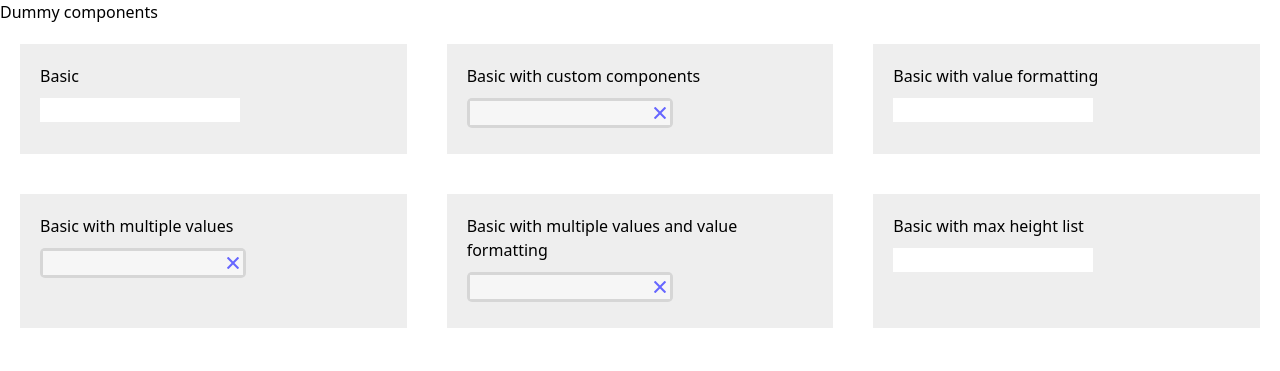
Repository: Frexity/frx-react
Page: / (app in ui/react-select/)
An editor plug-in stored every save of this project. The page is shown before and after the next save, followed by the edit.
The browser window is 1280 px wide. The pictures show the whole page.
Some web libraries are served in a nearby version. The project was rebuilt for these pictures with package versions that can differ from the ones it lists, and the page was loaded fresh each time. Also part of the build but not shown: ui/react-select/vite.config.ts, ui/react-select/src/CustomSelectComponents/ListLoadingIndicator.tsx, ui/react-select/src/dummy-components/ControlLoadingIndicator.tsx, ui/react-select/src/dummy-components/ListLoadingIndicator.tsx.

Above is the page before, as saved 2022-08-21 01:28:33.

After the next save:
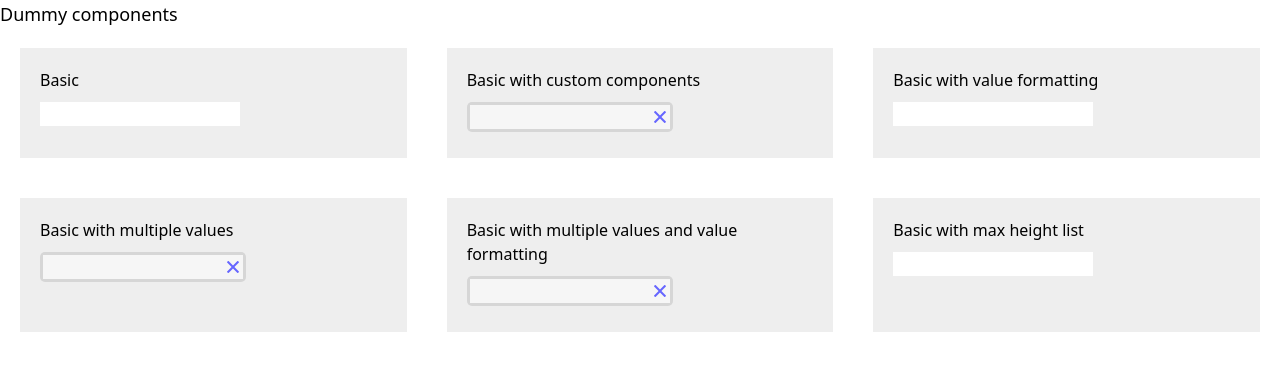
Saved 18 s later.
--- a/ui/react-select/src/App.tsx
+++ b/ui/react-select/src/App.tsx
@@ -33,7 +33,7 @@
 export default function App() {
   return (
     <>
-      <h2 className="text-size-2">Dummy components</h2>
+      <h2 className="text-lg">Dummy components</h2>
       <div className="cards">
         <div className="card">
           <h3>Basic</h3>

After the 5 saves that followed:
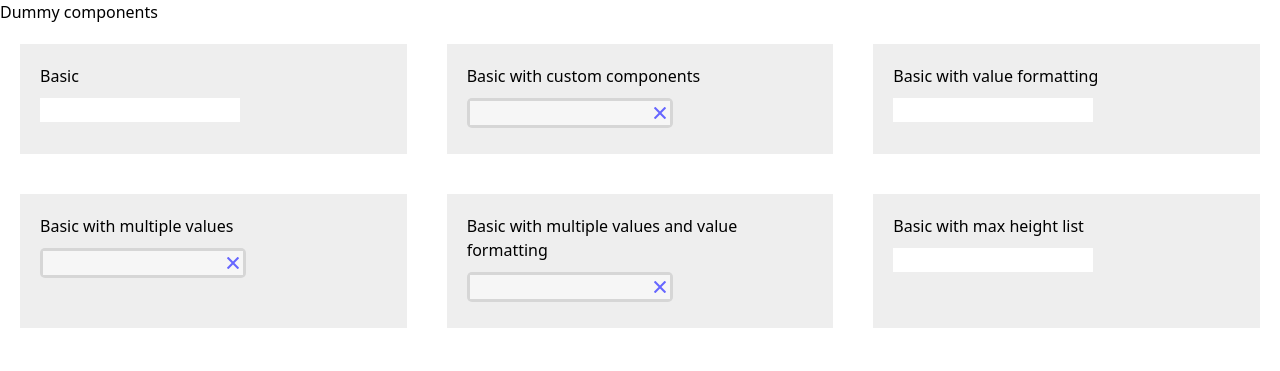
The 5 saves are shown as one change because they came seconds apart.
The last was saved 19 s later.
--- a/ui/react-select/src/App.tsx
+++ b/ui/react-select/src/App.tsx
@@ -33,7 +33,7 @@
 export default function App() {
   return (
     <>
-      <h2 className="text-lg">Dummy components</h2>
+      <h2 className="text-xl-1">Dummy components</h2>
       <div className="cards">
         <div className="card">
           <h3>Basic</h3>
